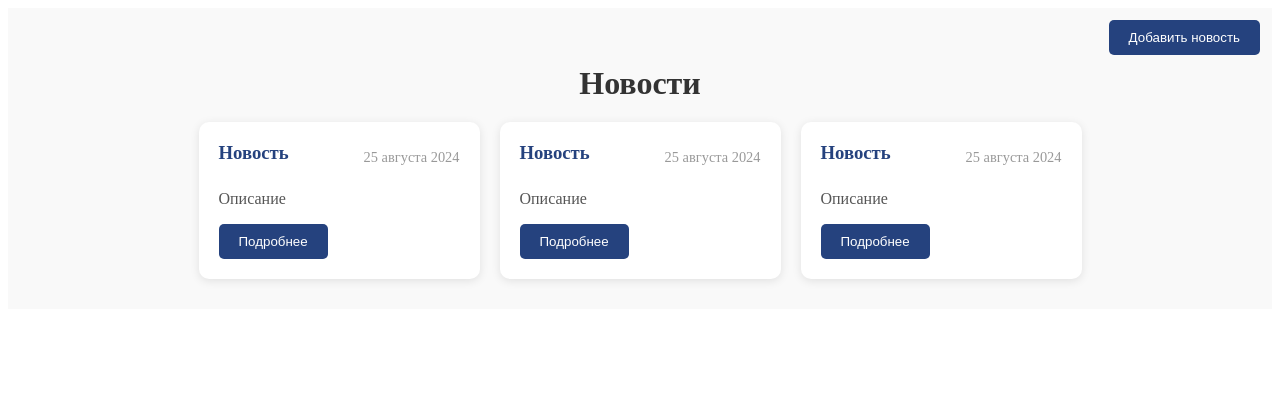
Repository: MaratLK/PLKFrontend
Page: Templates/NewsForIndex.html
The author's editor kept a copy of each file at every save. The page is drawn from the files as they stood at one save, then again after the next save.
The browser window is 1280 px wide. The pictures show the whole page.

Above is the page before, as saved 2024-08-25 07:44:06.

After the next save:
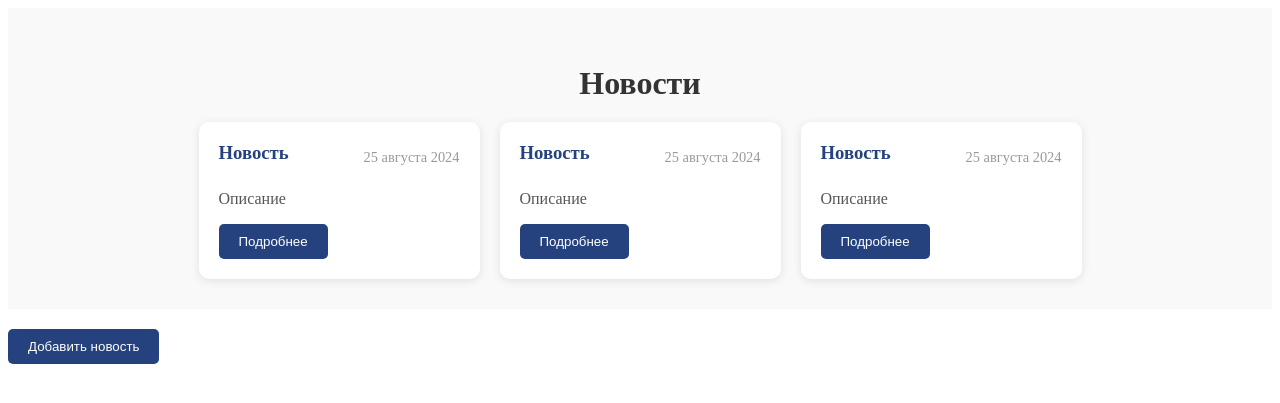
Saved 31 s later.
--- a/Templates/NewsForIndex.html
+++ b/Templates/NewsForIndex.html
@@ -118,24 +118,22 @@
         cursor: pointer;
       }
 
-/* Перемещаем первую кнопку "Добавить новость" в правый верхний угол */
-#add-news-btn {
-  position: absolute; /* Или fixed, если хотите, чтобы кнопка оставалась на месте при прокрутке */
-  top: 20px;
-  right: 20px;
-  background-color: #25427e;
-  color: white;
-  padding: 10px 20px;
-  border: none;
-  border-radius: 5px;
-  cursor: pointer;
-  transition: background-color 0.3s;
-}
-
-#add-news-btn:hover {
-  background-color: #1a3362;
-}
-
+      /* Стили для кнопки "Добавить новость" */
+      #add-news-btn {
+        background-color: #25427e;
+        color: white;
+        padding: 10px 20px;
+        border: none;
+        border-radius: 5px;
+        cursor: pointer;
+        transition: background-color 0.3s;
+        display: inline-block;
+        margin: 20px auto;
+      }
+
+      #add-news-btn:hover {
+        background-color: #1a3362;
+      }
 
       /* Перемещаем кнопку "Добавить новость" в правый нижний угол */
 .fixed-button {
